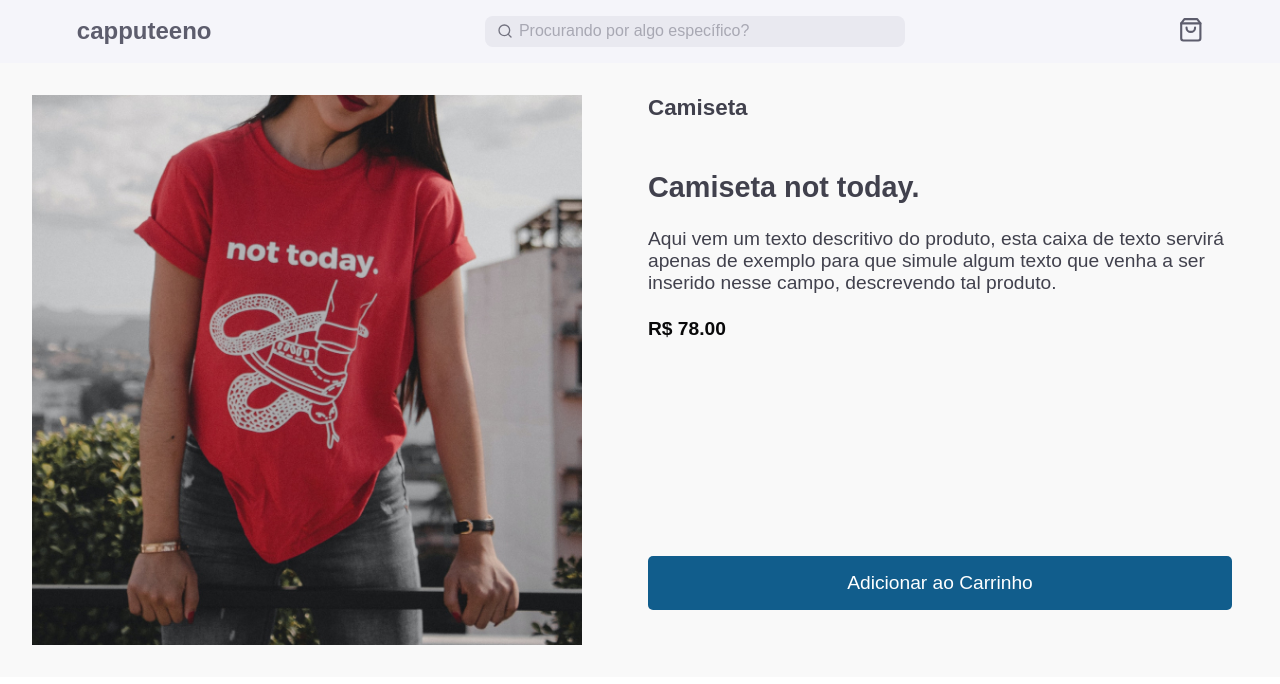
Repository: Biel-barbosa/capputeenoecomerce
Page: /product/1
These files come from the project's save history. The page is drawn as it stood at one moment and after the next save; the edit follows.
The browser window is 1280 px wide. The pictures show the whole page.
The project was rebuilt for these pictures with package versions that can differ from the ones it lists, and the page was loaded fresh each time. The framework's server and built-in components were replaced by stand-ins that run in the browser. Also part of the build but not shown: next.config.ts.

Above is the page before, as saved 2025-04-25 14:46:52.

### src/app/layout.tsx
import type { Metadata } from "next";
import { Geist, Geist_Mono } from "next/font/google";
import "./globals.css";
import { CartProvider } from "../contexts/CartContexts"; // Adicione a importação do CartProvider

const geistSans = Geist({
  variable: "--font-geist-sans",
  subsets: ["latin"],
});

const geistMono = Geist_Mono({
  variable: "--font-geist-mono",
  subsets: ["latin"],
});

export const metadata: Metadata = {
  title: "Create Next App",
  description: "Generated by create next app",
};

export default function RootLayout({
  children,
}: Readonly<{
  children: React.ReactNode;
}>) {
  return (
    <html lang="en">
      <body className={`${geistSans.variable} ${geistMono.variable}`}>

        <CartProvider>
          {children}
        </CartProvider>
      </body>
    </html>
  );
}

### src/app/product/[id]/page.tsx
'use client';

import { useEffect, useState } from 'react';
import { useParams } from 'next/navigation';
import { useCart } from '@/contexts/CartContexts';
import styled from 'styled-components';
import Header from '@/components/Header';
import { Product } from '@/data/products';  // Importando o tipo Product

const ProductPageContainer = styled.div`
  display: flex;
  padding: 2rem;
  background-color: #f9f9f9;
  justify-content: center;
  flex-direction: column; /* Adicionando flex-direction column para telas pequenas */
`;

const ProductDetails = styled.div`
  display: grid;
  grid-template-columns: 1fr 1fr; /* Duas colunas */
  gap: 2rem;
  max-width: 1200px;
  width: 100%;

  /* Ajuste para telas pequenas */
  @media (max-width: 768px) {
    grid-template-columns: 1fr; /* Uma coluna */
    gap: 1rem;
  }
`;

const ProductImage = styled.img`
  width: 550px; /* Diminuindo o tamanho da imagem */
  height: 550px;
  object-fit: cover; /* Garantindo que a imagem seja ajustada corretamente */

  /* Ajuste para telas pequenas */
  @media (max-width: 768px) {
    width: 100%; /* Imagem ocupa toda a largura */
    height: auto; /* Altura automática */
  }
`;

const ProductInfo = styled.div`
  font-size: 1.2rem;
  display: flex;
  flex-direction: column;
  gap: 1.5rem;
  color: #41414D;

  /* Ajuste de tamanho de fonte para telas menores */
  @media (max-width: 768px) {
    font-size: 1rem; /* Diminui o tamanho da fonte */
  }
`;

const ProductPrice = styled.div`
  font-weight: bold;
  color: #09090A;
`;

const AddToCartButton = styled.button`
  background-color: #115d8c;
  color: white;
  padding: 1rem;
  border: none;
  border-radius: 5px;
  cursor: pointer;
  font-size: 1.2rem;
  margin-top: 12rem;

  /* Ajuste para telas pequenas */
  @media (max-width: 768px) {
    margin-top: 2rem; /* Reduzindo o espaçamento na tela pequena */
    font-size: 1rem; /* Reduzindo o tamanho da fonte */
  }
`;

const CategoryLabel = styled.div`
  font-size: 1.4rem;
  font-weight: bold;
  color: #41414D;
  margin-bottom: 1rem;
  padding-bottom: 10px;

  /* Ajuste de tamanho da categoria para telas menores */
  @media (max-width: 768px) {
    font-size: 1.2rem;
  }
`;

const ProductPage = () => {
  const params = useParams();
  const id = typeof params?.id === 'string' ? params.id : '';

  const { addToCart } = useCart();
  const [product, setProduct] = useState<Product | null>(null);

  useEffect(() => {
    const fetchProduct = async (productId: string) => {
      try {
        const response = await fetch(`/api/products/${productId}`);
        const data: Product = await response.json();
        setProduct(data);
        console.log('Produto carregado:', data);
      } catch (error) {
        console.error('Erro ao buscar produto:', error);
      }
    };

    if (id) fetchProduct(id);
  }, [id]);

  if (!product) return <div>Carregando...</div>;

  const validPrice = !isNaN(product.price) ? product.price : 0;

  const handleAddToCart = () => {
    if (validPrice > 0) {
      addToCart(product);
    }
  };

  const categoryLabel = product.category.toLowerCase() === 't-shirts'
    ? 'Camiseta'
    : product.category.toLowerCase() === 'mugs'
      ? 'Caneca'
      : '';

  return (
    <>
      <Header />
      <ProductPageContainer>
        <ProductDetails>
          <ProductImage src={product.image} alt={product.title} />
          <ProductInfo>
            {categoryLabel && <CategoryLabel>{categoryLabel}</CategoryLabel>}
            <h2>{product.title}</h2>
            <p>{product.description}</p>
            <ProductPrice>R$ {validPrice.toFixed(2)}</ProductPrice>
            <AddToCartButton onClick={handleAddToCart}>
              Adicionar ao Carrinho
            </AddToCartButton>
          </ProductInfo>
        </ProductDetails>
      </ProductPageContainer>
    </>
  );
};

export default ProductPage;

### src/app/api/products/[id]/route.ts
import { NextResponse } from 'next/server';
import { getProductById } from '@/data/products';

export async function GET(
    request: Request,
    context: { params: { id: string } }
) {
    const { id } = await context.params; // <- é ESSENCIAL usar await aqui

    const product = getProductById(id);

    if (!product) {
        return NextResponse.json(
            { message: 'Produto não encontrado' },
            { status: 404 }
        );
    }

    return NextResponse.json(product);
}

### src/pages/api/products/[id].ts
import { NextApiRequest, NextApiResponse } from 'next';
import { products } from '@/data/products';

export default function handler(req: NextApiRequest, res: NextApiResponse) {
  const {
    query: { id },
  } = req;

  const product = products.find((p) => p.id === id);

  if (!product) {
    return res.status(404).json({ error: 'Produto não encontrado' });
  }

  // Converter a data para string ISO
  const productWithDate = {
    ...product,
    createdAt: product.createdAt instanceof Date ? product.createdAt.toISOString() : product.createdAt,
  };

  res.status(200).json(productWithDate);
}

### src/pages/api/products/[productId].ts
import { NextApiRequest, NextApiResponse } from 'next';
import { products } from '@/data/products';

export default function handler(req: NextApiRequest, res: NextApiResponse) {
  const {
    query: { id },
  } = req;

  const product = products.find((p) => p.id === id);

  if (!product) {
    return res.status(404).json({ error: 'Produto não encontrado' });
  }

  // Converter a data para string ISO
  const productWithDate = {
    ...product,
    createdAt: product.createdAt instanceof Date ? product.createdAt.toISOString() : product.createdAt,
  };

  res.status(200).json(productWithDate);
}

### src/contexts/CartContexts.tsx
'use client';

import React, {
    createContext,
    useContext,
    useState,
    useEffect,
    ReactNode,
} from 'react';
import { Product } from '@/data/products';

export type CartItem = Product & { quantity: number };

export type CartContextType = {
    cart: CartItem[];
    addToCart: (product: Product) => void;
    removeFromCart: (id: string) => void;
    updateCart: (items: CartItem[]) => void;
    cartItemCount: number;
};

export const CartContext = createContext<CartContextType | undefined>(undefined);

export const CartProvider = ({ children }: { children: ReactNode }) => {
    const [cart, setCart] = useState<CartItem[]>([]);

    useEffect(() => {
        const stored = localStorage.getItem('cart');
        if (stored) {
            setCart(JSON.parse(stored));
        }
    }, []);

    const saveCart = (items: CartItem[]) => {
        setCart(items);
        localStorage.setItem('cart', JSON.stringify(items));
    };

    const addToCart = (product: Product) => {
        const existing = cart.find(item => item.id === product.id);

        let updatedCart: CartItem[];

        if (existing) {
            updatedCart = cart.map(item =>
                item.id === product.id
                    ? { ...item, quantity: item.quantity + 1 }
                    : item
            );
        } else {
            updatedCart = [...cart, { ...product, quantity: 1 }];
        }

        saveCart(updatedCart);
    };

    const removeFromCart = (id: string) => {
        const updatedCart = cart.filter(item => item.id !== id);
        saveCart(updatedCart);
    };

    const updateCart = (items: CartItem[]) => {
        saveCart(items);
    };

    const cartItemCount = cart.reduce((total, item) => total + item.quantity, 0);

    return (
        <CartContext.Provider
            value={{ cart, addToCart, removeFromCart, updateCart, cartItemCount }}
        >
            {children}
        </CartContext.Provider>
    );
};

export const useCart = () => {
    const context = useContext(CartContext);
    if (!context) {
        throw new Error('useCart must be used within a CartProvider');
    }
    return context;
};

### src/components/Header.tsx
'use client';

import styled from 'styled-components';
import { FiShoppingBag, FiSearch } from 'react-icons/fi';
import Link from 'next/link';
import { useCart } from '@/contexts/CartContexts';

type HeaderProps = {
  onSearch?: (value: string) => void;
};

const HeaderContainer = styled.header`
  width: 100%;
  padding: 1rem 6vw;
  background-color: #f5f5fa;
  box-sizing: border-box;
  overflow-x: hidden;
`;

const HeaderContent = styled.div`
  width: 100%;
  max-width: 1140px;
  margin: 0 auto;
  display: flex;
  align-items: center;
  justify-content: space-between;
  gap: 1rem;
  flex-wrap: nowrap;

  @media (max-width: 768px) {
    gap: 0.5rem;
  }
`;

const Logo = styled.h1`
  font-size: 1.5rem;
  font-weight: 600;
  color: #5d5d6d;
  white-space: nowrap;

  @media (max-width: 768px) {
    font-size: 1.2rem;
  }
`;

const SearchWrapper = styled.div`
  flex: 1;
  max-width: 420px;
  display: flex;
  align-items: center;
  background: #e9e9f0;
  padding: 0.4rem 0.75rem;
  border-radius: 8px;

  svg {
    font-size: 1rem;
    color: #737380;
    margin-right: 0.4rem;
  }

  @media (max-width: 768px) {
    max-width: 180px;
    flex-shrink: 1;
  }
`;

const SearchInput = styled.input`
  border: none;
  background: transparent;
  flex: 1;
  font-size: 1rem;
  color: #737380;

  &::placeholder {
    color: #a8a8b3;
  }

  &:focus {
    outline: none;
  }

  @media (max-width: 768px) {
    font-size: 0.9rem;

    &::placeholder {
      color: transparent;
    }
  }
`;

const CartButton = styled.button`
  position: relative;
  background: none;
  border: none;
  cursor: pointer;

  svg {
    font-size: 1.6rem;
    color: #5d5d6d;
  }

  @media (max-width: 768px) {
    svg {
      font-size: 1.4rem;
    }
  }
`;

const CartCount = styled.span`
  position: absolute;
  top: -8px;
  right: -8px;
  background-color: #de3838;
  color: white;
  border-radius: 50%;
  font-size: 0.75rem;
  padding: 0.25rem 0.5rem;
  line-height: 1;
`;

const Header = ({ onSearch }: HeaderProps) => {
  const { cartItemCount } = useCart();

  return (
    <HeaderContainer>
      <HeaderContent>
        <Link href="/" passHref>
          <Logo>capputeeno</Logo>
        </Link>

        <SearchWrapper>
          <FiSearch />
          <SearchInput
            type="text"
            placeholder="Procurando por algo específico?"
            onChange={(e) => onSearch?.(e.target.value)}
          />
        </SearchWrapper>

        <Link href="/cart" passHref>
          <CartButton>
            <FiShoppingBag />
            {cartItemCount > 0 && <CartCount>{cartItemCount}</CartCount>}
          </CartButton>
        </Link>
      </HeaderContent>
    </HeaderContainer>
  );
};

export default Header;

### src/data/products.ts
export type Product = {
    id: string;
    title: string;
    image: string;
    price: number;
    category: 't-shirts' | 'mugs';
    description: string;
    createdAt: Date | string;  // Permitir que a data seja string também
    sales: number;
};

export const products: Product[] = [
    {
        id: '1',
        title: 'Camiseta not today.',
        image: '/images/Camiseta-not-today.jpg',
        price: 78.0,
        category: 't-shirts',
        description: 'Aqui vem um texto descritivo do produto, esta caixa de texto servirá apenas de exemplo para que simule algum texto que venha a ser inserido nesse campo, descrevendo tal produto.',
        createdAt: new Date('2024-03-01'),
        sales: 30,
    },
    {
        id: '2',
        title: 'Caneca rústica',
        image: '/images/Caneca-ceramica-rustica.jpg',
        price: 40.0,
        category: 'mugs',
        description: 'Aqui vem um texto descritivo do produto, esta caixa de texto servirá apenas de exemplo para que simule algum texto que venha a ser inserido nesse campo, descrevendo tal produto.',
        createdAt: new Date('2024-04-10'),
        sales: 80,
    },
    {
        id: '3',
        title: 'Camiseta Broken Saints',
        image: '/images/Camiseta-broken-saints.jpg',
        price: 58.0,
        category: 't-shirts',
        description: 'Aqui vem um texto descritivo do produto, esta caixa de texto servirá apenas de exemplo para que simule algum texto que venha a ser inserido nesse campo, descrevendo tal produto.',
        createdAt: new Date('2024-01-15'),
        sales: 45,
    },
    {
        id: '4',
        title: 'Caneca Black Ring',
        image: '/images/Caneca-Black-Ring.jpg',
        price: 32.0,
        category: 'mugs',
        description: 'Aqui vem um texto descritivo do produto, esta caixa de texto servirá apenas de exemplo para que simule algum texto que venha a ser inserido nesse campo, descrevendo tal produto.',
        createdAt: new Date('2024-02-20'),
        sales: 60,
    },
    {
        id: '5',
        title: 'Camiseta Outcast',
        image: '/images/Camiseta-outcast.jpg',
        price: 89.9,
        category: 't-shirts',
        description: 'Aqui vem um texto descritivo do produto, esta caixa de texto servirá apenas de exemplo para que simule algum texto que venha a ser inserido nesse campo, descrevendo tal produto.',
        createdAt: new Date('2024-04-05'),
        sales: 50,
    },
    {
        id: '6',
        title: 'Caneca The Grounds',
        image: '/images/Caneca-The-Grounds.jpg',
        price: 85.0,
        category: 'mugs',
        description: 'Aqui vem um texto descritivo do produto, esta caixa de texto servirá apenas de exemplo para que simule algum texto que venha a ser inserido nesse campo, descrevendo tal produto.',
        createdAt: new Date('2024-03-10'),
        sales: 75,
    },
    {
        id: '7',
        title: 'Camiseta evening',
        image: '/images/Camiseta-evening.jpg',
        price: 69.9,
        category: 't-shirts',
        description: 'Aqui vem um texto descritivo do produto, esta caixa de texto servirá apenas de exemplo para que simule algum texto que venha a ser inserido nesse campo, descrevendo tal produto.',
        createdAt: new Date('2024-03-11'),
        sales: 62,
    },
    {
        id: '8',
        title: 'Caneca preto fosco',
        image: '/images/Caneca-preto-fosco.jpg',
        price: 28.0,
        category: 'mugs',
        description: 'Aqui vem um texto descritivo do produto, esta caixa de texto servirá apenas de exemplo para que simule algum texto que venha a ser inserido nesse campo, descrevendo tal produto.',
        createdAt: new Date('2024-03-12'),
        sales: 58,
    },
    {
        id: '9',
        title: 'Caneca Never settle',
        image: '/images/Caneca-Never-settle.jpg',
        price: 43.0,
        category: 'mugs',
        description: 'Aqui vem um texto descritivo do produto, esta caixa de texto servirá apenas de exemplo para que simule algum texto que venha a ser inserido nesse campo, descrevendo tal produto.',
        createdAt: new Date('2024-03-13'),
        sales: 54,
    },
    {
        id: '10',
        title: 'Caneca Rocketseat',
        image: '/images/Caneca-Decaf!-P&Co.jpg',
        price: 59.9,
        category: 'mugs',
        description: 'Aqui vem um texto descritivo do produto, esta caixa de texto servirá apenas de exemplo para que simule algum texto que venha a ser inserido nesse campo, descrevendo tal produto.',
        createdAt: new Date('2024-03-14'),
        sales: 48,
    },
    {
        id: '11',
        title: 'Camiseta DREAMER',
        image: '/images/Camiseta-DREAMER.jpg',
        price: 55.0,
        category: 't-shirts',
        description: 'Aqui vem um texto descritivo do produto, esta caixa de texto servirá apenas de exemplo para que simule algum texto que venha a ser inserido nesse campo, descrevendo tal produto.',
        createdAt: new Date('2024-03-15'),
        sales: 52,
    },
    {
        id: '12',
        title: 'Caneca Decaf! P&Co',
        image: '/images/Caneca-Decaf!-P&Co.jpg',
        price: 32.0,
        category: 'mugs',
        description: 'Aqui vem um texto descritivo do produto, esta caixa de texto servirá apenas de exemplo para que simule algum texto que venha a ser inserido nesse campo, descrevendo tal produto.',
        createdAt: new Date('2024-03-16'),
        sales: 70,
    },
    {
        id: '13',
        title: 'Camiseta javaScript',
        image: '/images/Camiseta-not-today.jpg',
        price: 13.0,
        category: 't-shirts',
        description: 'Aqui vem um texto descritivo do produto, esta caixa de texto servirá apenas de exemplo para que simule algum texto que venha a ser inserido nesse campo, descrevendo tal produto.',
        createdAt: new Date('2024-03-16'),
        sales: 70,
    },
    {
        id: '14',
        title: 'Caneca phyton',
        image: '/images/Caneca-Black-Ring.jpg',
        price: 22.0,
        category: 'mugs',
        description: 'Aqui vem um texto descritivo do produto, esta caixa de texto servirá apenas de exemplo para que simule algum texto que venha a ser inserido nesse campo, descrevendo tal produto.',
        createdAt: new Date('2024-03-16'),
        sales: 70,
    },
];

export function getProductById(id: string) {
    return products.find((product) => product.id === id);
}

Loaded but not shown: src/app/globals.css (common file)

After the next save:
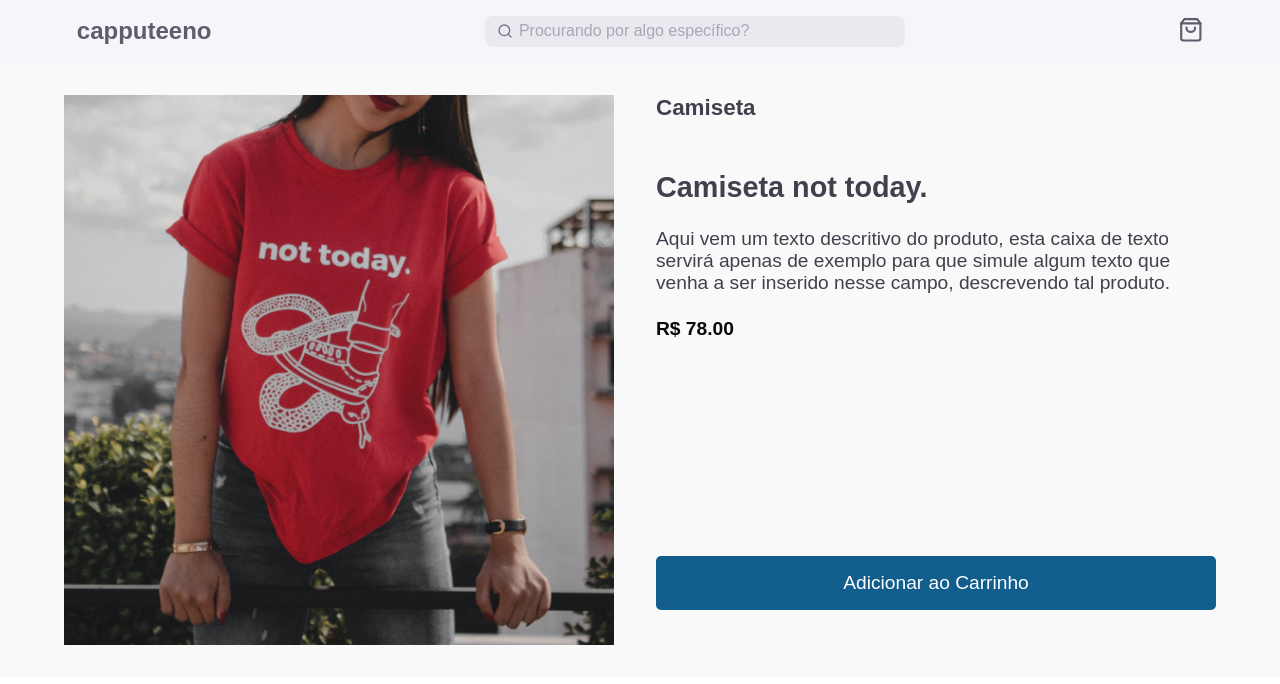
Saved 78 s later.
--- a/src/app/product/[id]/page.tsx
+++ b/src/app/product/[id]/page.tsx
@@ -12,7 +12,12 @@ const ProductPageContainer = styled.div`
   padding: 2rem;
   background-color: #f9f9f9;
   justify-content: center;
-  flex-direction: column; /* Adicionando flex-direction column para telas pequenas */
+  flex-direction: column; /* Para telas pequenas */
+
+  /* Maior espaçamento nas laterais em telas maiores */
+  @media (min-width: 1024px) {
+    padding: 2rem 4rem; /* Mais espaçamento nas laterais */
+  }
 `;
 
 const ProductDetails = styled.div`
